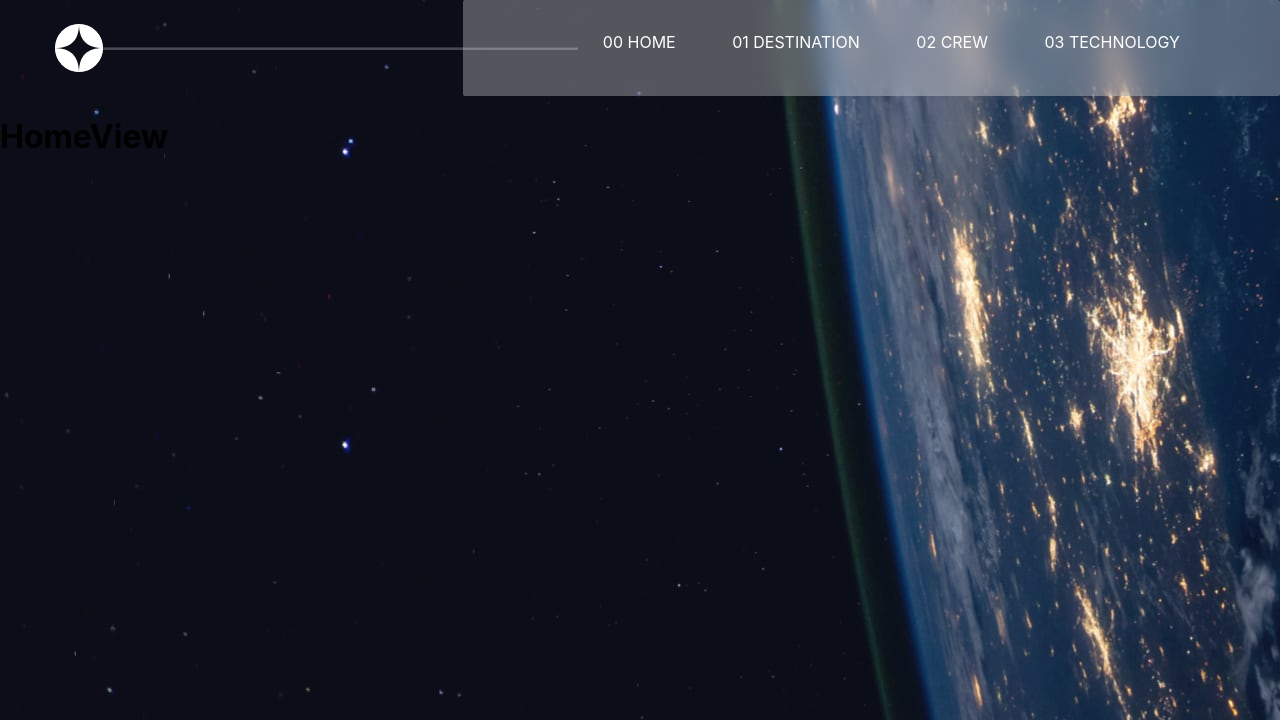
Repository: jhonenmanuel1/FrontEndMentor-MultiPageSpace
Page: /
The author's editor kept a copy of each file at every save. The page is drawn from the files as they stood at one save, then again after the next save.
The browser window is 1280 px wide. The pictures show the whole page.
The project was rebuilt for these pictures with package versions that can differ from the ones it lists, and the page was loaded fresh each time.

Above is the page before, as saved 2022-06-21 15:29:35.

After the next save:
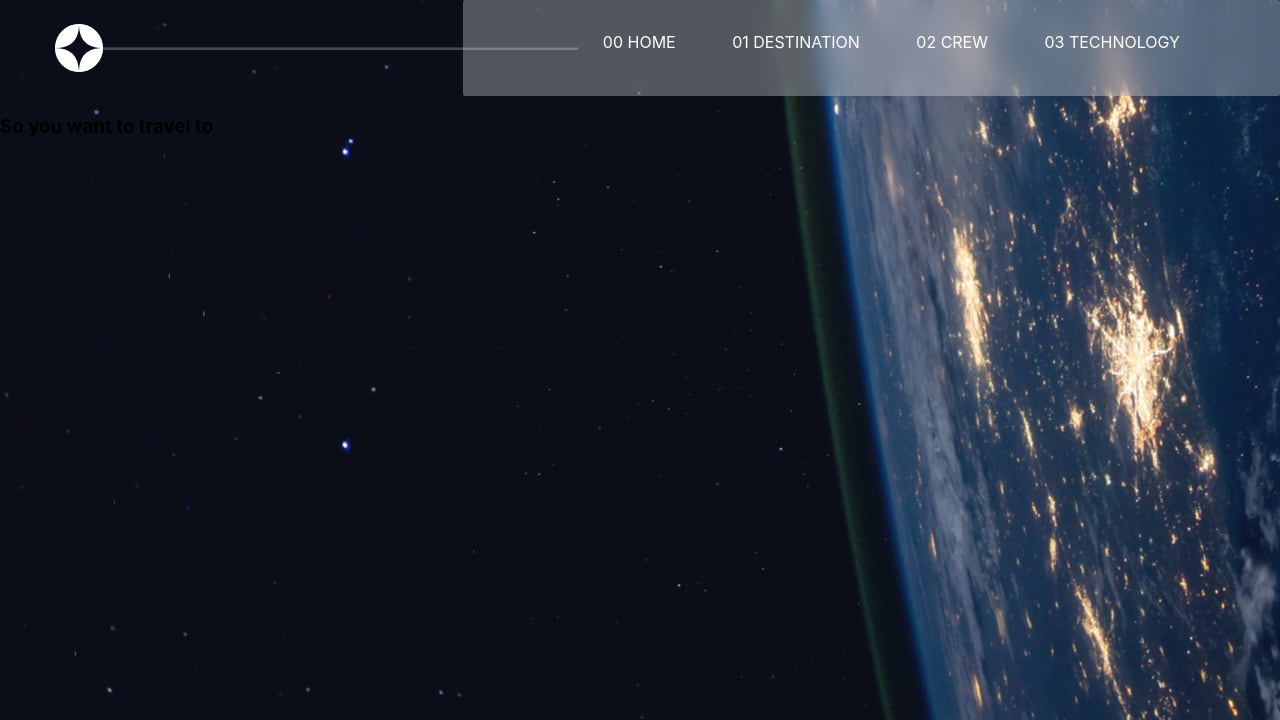
Saved 8 min 4 s later.
--- a/src/components/views/home.js
+++ b/src/components/views/home.js
@@ -1,7 +1,11 @@
 import React from "react";
 
 export default function HomeView(){
-    return<div>
-        <h1>HomeView</h1>
-    </div>
+    return<>
+        <div>
+            <div>
+                <h3>So you want to travel to</h3>
+            </div>
+        </div>
+    </>
 }
